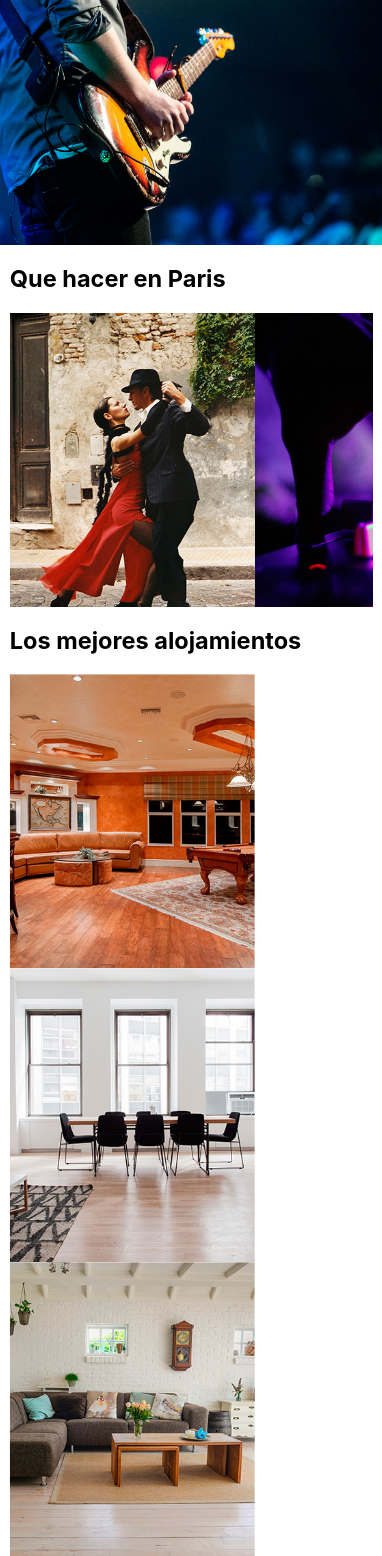
Repository: AleMicky/layout
Screen: /
These files come from the project's save history. The screen is drawn as it stood at one moment and after the next save; the edit follows.
The pictures are shown at 98% of full size.
An inner scrolling area shows only its first screen. The app was drawn by React Native's web renderer in a window 390 px wide. The project was rebuilt for these pictures with package versions that can differ from the ones it lists, and the page was loaded fresh each time.

Above is the screen before, as saved 2020-06-27 16:45:14.

### App.js
import React from 'react';
import { StyleSheet, View, Image, Text, ScrollView } from 'react-native';


const App = () => {
  return (
    <>
        <View style={{flexDirection:'row'}}>
            <Image  style={styles.banner}
                    source={require('./assets/img/bg.jpg')} />
        </View>
        <View style={styles.contenedor}>
            <Text style={styles.titulo}>Que hacer en Paris</Text>
            <ScrollView
              horizontal
            >
                <View>
                  <Image  style={styles.ciudad}
                          source={require('./assets/img/actividad1.jpg')} />
                </View>
                <View>
                  <Image  style={styles.ciudad}
                          source={require('./assets/img/actividad2.jpg')} />
                </View>
                <View>
                  <Image  style={styles.ciudad}
                          source={require('./assets/img/actividad3.jpg')} />
                </View>
                <View>
                  <Image  style={styles.ciudad}
                          source={require('./assets/img/actividad4.jpg')} />
                </View>
                <View>
                  <Image  style={styles.ciudad}
                          source={require('./assets/img/actividad5.jpg')} />
                </View>
            </ScrollView>
            <Text style={styles.titulo}>Los mejores alojamientos</Text>
            <View>
                    <View>
                        <Image  style={styles.ciudad}
                               source={require('./assets/img/hospedaje1.jpg')} />
                    </View>
                    <View>
                        <Image  style={styles.ciudad}
                               source={require('./assets/img/hospedaje2.jpg')} />
                    </View>
                    <View>
                        <Image  style={styles.ciudad}
                               source={require('./assets/img/hospedaje3.jpg')} />
                    </View>
            </View>
        </View>
    </>
  );
};

const styles = StyleSheet.create({
  banner:{
    height:250,
    flex:1
  },
  titulo:{
    fontWeight:'bold',
    fontSize:24,
    marginVertical:20
  },
  contenedor:{
    marginHorizontal: 10
  },
  ciudad:{
    width:250,
    height:300
  }
});

export default App;

After the next save:
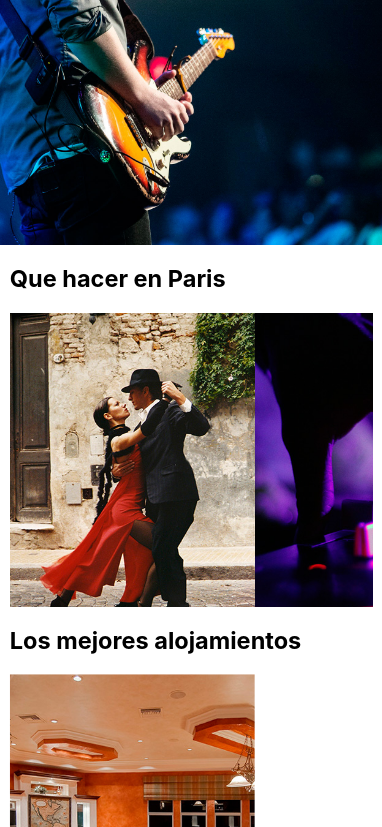
Saved 100 s later.
--- a/App.js
+++ b/App.js
@@ -5,6 +5,7 @@ import { StyleSheet, View, Image, Text, ScrollView } from 'react-native';
 const App = () => {
   return (
     <>
+      <ScrollView>
         <View style={{flexDirection:'row'}}>
             <Image  style={styles.banner}
                     source={require('./assets/img/bg.jpg')} />
@@ -51,6 +52,7 @@ const App = () => {
                     </View>
             </View>
         </View>
+        </ScrollView>
     </>
   );
 };
